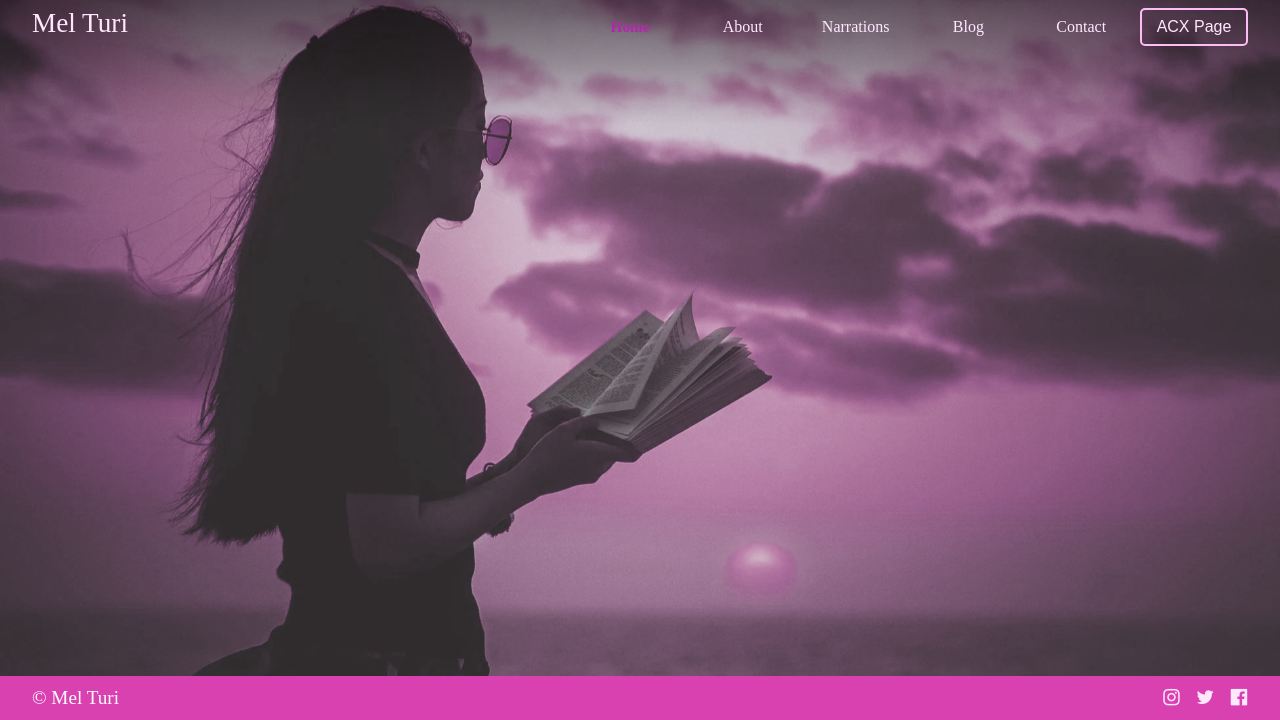
Repository: mel-turi/mel-turi-website
Page: /
The author's editor kept a copy of each file at every save. The page is drawn from the files as they stood at one save, then again after the next save.
The browser window is 1280 px wide. The pictures show the whole page.
Some web fonts or font styles are not loaded; a fallback is used. The project was rebuilt for these pictures with package versions that can differ from the ones it lists, and the page was loaded fresh each time. Also part of the build but not shown: src/About.js, src/Narrations.js, src/Blog.js, src/Contact.js.

Above is the page before, as saved 2019-08-24 18:55:29.

### public/index.html
<!DOCTYPE html>
<html lang="en">
  <head>
    <meta charset="utf-8" />
    <link rel="apple-touch-icon" sizes="57x57" href="/apple-icon-57x57.png" />
    <link rel="apple-touch-icon" sizes="60x60" href="/apple-icon-60x60.png" />
    <link rel="apple-touch-icon" sizes="72x72" href="/apple-icon-72x72.png" />
    <link rel="apple-touch-icon" sizes="76x76" href="/apple-icon-76x76.png" />
    <link
      rel="apple-touch-icon"
      sizes="114x114"
      href="/apple-icon-114x114.png"
    />
    <link
      rel="apple-touch-icon"
      sizes="120x120"
      href="/apple-icon-120x120.png"
    />
    <link
      rel="apple-touch-icon"
      sizes="144x144"
      href="/apple-icon-144x144.png"
    />
    <link
      rel="apple-touch-icon"
      sizes="152x152"
      href="/apple-icon-152x152.png"
    />
    <link
      rel="apple-touch-icon"
      sizes="180x180"
      href="/apple-icon-180x180.png"
    />
    <link
      rel="icon"
      type="image/png"
      sizes="192x192"
      href="/android-icon-192x192.png"
    />
    <link rel="icon" type="image/png" sizes="32x32" href="/favicon-32x32.png" />
    <link rel="icon" type="image/png" sizes="96x96" href="/favicon-96x96.png" />
    <link rel="icon" type="image/png" sizes="16x16" href="/favicon-16x16.png" />
    <link rel="manifest" href="/manifest.json" />
    <meta name="msapplication-TileColor" content="#ffffff" />
    <meta name="msapplication-TileImage" content="/ms-icon-144x144.png" />
    <meta name="theme-color" content="#ffffff" />
    <meta name="viewport" content="width=device-width, initial-scale=1" />
    <meta name="description" content="Portfolio website for Mel Turi" />
    <link
      href="https://fonts.googleapis.com/css?family=Sail&display=swap"
      rel="stylesheet"
    />
    <link
      href="https://stackpath.bootstrapcdn.com/font-awesome/4.7.0/css/font-awesome.min.css"
      rel="stylesheet"
      integrity="sha384-wvfXpqpZZVQGK6TAh5PVlGOfQNHSoD2xbE+QkPxCAFlNEevoEH3Sl0sibVcOQVnN"
      crossorigin="anonymous"
    />
    <link rel="apple-touch-icon" href="logo192.png" />

    <link rel="manifest" href="%PUBLIC_URL%/manifest.json" />

    <title>Mel Turi | Audible Narrator</title>
  </head>
  <body>
    <noscript>You need to enable JavaScript to run this app.</noscript>
    <div id="root"></div>
  </body>
</html>

### src/index.css
:root {
  --light-primary-color: #ffe8fe;
  --light-secondary-color: #fffdff;
  --dark-primary-color: #d941b1;
  --dark-secondary-color: #b524b0;
}

body {
  text-decoration: none;
  text-decoration-color: none;
  margin: 0;
  padding: 0;
  font-family: -apple-system, BlinkMacSystemFont, 'Segoe UI', 'Roboto', 'Oxygen',
    'Ubuntu', 'Cantarell', 'Fira Sans', 'Droid Sans', 'Helvetica Neue',
    sans-serif;
  -webkit-font-smoothing: antialiased;
  -moz-osx-font-smoothing: grayscale;
}

body a {
  text-decoration: none;
  color: var(--light-primary-color);
  transition: 0.6s;
}

a:hover,
.active {
  font-weight: bold;
  font-size: 95%;
}

.active {
  color: var(--dark-secondary-color);
}

code {
  font-family: source-code-pro, Menlo, Monaco, Consolas, 'Courier New',
    monospace;
}

.wrapper {
  background: url(./assets/bg-main-1.png) no-repeat center center fixed;
  background-size: cover;
  z-index: 2;
  display: grid;
  grid-template-rows: auto 1fr auto;
  align-items: space-between;
  min-height: 100vh;
  overflow: auto;
}

/*
*
* Header
*
*/

.nav-wrapper {
  color: var(--light-primary-color);
  font-family: 'Sail', cursive;
  height: 15vh;
  display: grid;
  grid-template-columns: 1fr 6fr;
  align-items: start;
  justify-content: space-between;
  margin: 0;
  padding: 0.5rem 0 0.5rem 0;
  background: linear-gradient(
    rgba(0, 0, 0, 0.45),
    rgba(0, 0, 0, 0.35),
    rgba(0, 0, 0, 0.25),
    rgba(0, 0, 0, 0.1),
    rgba(0, 0, 0, 0)
  );
}

.title {
  font-size: 1.7rem;
  padding-left: 2rem;
  justify-self: start;
}
.main-navigation {
  color: var(--light-primary-color);
  justify-self: end;
  padding-right: 2rem;
}
.main-navigation > ul {
  display: grid;
  grid-template-columns: 1fr 1fr 1fr 1fr 1fr 1fr;
  grid-column-gap: 0.3rem;
  justify-items: center;
  align-items: center;
  margin: 0;
  padding: 0;
  list-style-type: none;
}

.button {
  font-family: Arial, Helvetica, sans-serif;
  font-size: 1rem;
  border: 2px solid #fdbcf4;
  border-radius: 5px;
  padding: 0.5rem 0.75rem 0.5rem 0.75rem;
  width: 5rem;
}
/*
*
* Main
*
*/

.main-container {
  color: var(--light-primary-color);
  font-family: -apple-system, BlinkMacSystemFont, 'Segoe UI', Roboto, Oxygen,
    Ubuntu, Cantarell, 'Open Sans', 'Helvetica Neue', sans-serif;
  font-size: 1.2rem;
}

/*
*
* Footer
*
*/

footer {
  bottom: 0;
  width: 100%;
  position: absolute;
  color: var(--light-secondary-color);
  font-family: 'Sail', cursive;
  font-size: 1.2rem;
  height: 5vh;
  display: grid;
  grid-template-columns: 1fr 1fr;
  align-items: center;
  justify-content: space-between;
  margin: 0;
  padding-top: 0.25rem;
  padding-bottom: 0.25rem;
  background: var(--dark-primary-color);
}
.social-footer {
  justify-self: end;
  padding-right: 2rem;
}
.social-footer > ul {
  display: grid;
  grid-template-columns: 1fr 1fr 1fr;
  grid-column-gap: 1rem;
  margin: 0;
  padding: 0;
  list-style-type: none;
}

.copyright {
  justify-self: start;
  padding-left: 2rem;
}

### src/App.js
import React from 'react';
import Footer from './Footer';
import Header from './Header';
import Main from './Main';
import About from './About';
import Narrations from './Narrations';
import Blog from './Blog';
import Contact from './Contact';
import './App.css';
import { BrowserRouter as Router, Switch, Route } from 'react-router-dom';

const App = () => {
  return (
    <Router>
      <div className='App'>
        <div className='wrapper'>
          <Header />
          <Switch>
            <Route path='/' exact render={props => <Main {...props} />} />
            <Route path='/about' render={props => <About {...props} />} />
            <Route
              path='/narrations'
              render={props => <Narrations {...props} />}
            />
            <Route path='/blog' render={props => <Blog {...props} />} />
            <Route path='/contact' render={props => <Contact {...props} />} />
          </Switch>
          <Footer />
        </div>
      </div>
    </Router>
  );
};

export default App;

### src/Footer.js
import React, { Component } from 'react';

export class Footer extends Component {
  render() {
    return (
      <footer className='footer'>
        <div className='copyright'>&copy; Mel Turi</div>
        <div className='social-footer'>
          <ul>
            <li>
              <a
                target='_blank'
                rel='noopener noreferrer'
                href='https://www.instagram.com/mel.turi'
              >
                <i className='fa fa-instagram'></i>
              </a>
            </li>
            <li>
              <a
                target='_blank'
                rel='noopener noreferrer'
                href='https://www.twitter.com/turimel'
              >
                <i className='fa fa-twitter'></i>
              </a>
            </li>

            <li>
              <a
                target='_blank'
                rel='noopener noreferrer'
                href='https://www.facebook.com/mel.turi.96'
              >
                <i className='fa fa-facebook-official'></i>
              </a>
            </li>
          </ul>
        </div>
      </footer>
    );
  }
}

export default Footer;

### src/Header.js
import React, { Component } from 'react';
import { NavLink } from 'react-router-dom';

export class Header extends Component {
  render() {
    return (
      <nav className='nav-wrapper'>
        <div className='title'>Mel Turi</div>
        <div className='main-navigation'>
          <ul>
            <li>
              <NavLink
                to={{
                  pathname: '/',
                  state: { page: 'home' }
                }}
                exact={true}
              >
                Home
              </NavLink>
            </li>
            <li>
              <NavLink
                to={{
                  pathname: '/about',
                  state: { page: 'about' }
                }}
              >
                About
              </NavLink>
            </li>
            <li>
              <NavLink to='/narrations'>Narrations</NavLink>
            </li>
            <li>
              <NavLink to='/blog'>Blog</NavLink>
            </li>
            <li>
              <NavLink to='/contact'>Contact</NavLink>
            </li>
            <div className='button nav-button'>
              <li>
                <a
                  target='_blank'
                  rel='noopener noreferrer'
                  href='https://www.acx.com/narrator?p=AI0XTZMVU6YKG'
                >
                  ACX Page
                </a>
              </li>
            </div>
          </ul>
        </div>
      </nav>
    );
  }
}

export default Header;

### src/Main.js
import React from 'react';
import Content from './Content';

const item1 = {
  title: 'Big Title',
  content: 'Big Title Text',
  class: ''
};
const item2 = {
  title: '',
  content: '',
  class: ''
};
const item3 = {
  title: '',
  content: '',
  class: ''
};
const pageInfo = {
  class: '',
  secondary: ''
};

const Main = props => {
  return (
    <Content item1={item1} item2={item2} item3={item3} pageInfo={pageInfo} />
  );
};

export default Main;

### src/Content.js
import React, { useState, useEffect } from 'react';

const Content = props => {
  const [item1, setItem1] = useState({});
  const [item2, setItem2] = useState({});
  const [item3, setItem3] = useState({});
  const [pageInfo, setPageInfo] = useState({});

  useEffect(() => {
    setItem1({
      title: '',
      content: '',
      class: ''
    });
    setItem2({
      title: '',
      content: '',
      class: ''
    });
    setItem3({
      title: '',
      content: '',
      class: ''
    });
    setPageInfo({
      class: '',
      secondary: ''
    });
  }, []);

  return (
    <main className={pageInfo.class}>
      <div className={item1.class}>
        <h1>{item1.title}</h1>
        <p>{item1.content}</p>
      </div>
      <aside className={pageInfo.secondary}>
        <div className={item2.class}>
          <h1>{item2.title}</h1>
          <p>{item2.content}</p>
        </div>
        <div className={item3.class}>
          <h1>{item3.title}</h1>
          <p>{item3.content}</p>
        </div>
      </aside>
    </main>
  );
};

export default Content;

Loaded but not shown: src/index.js (common file); src/App.css (common file)

After the next save:
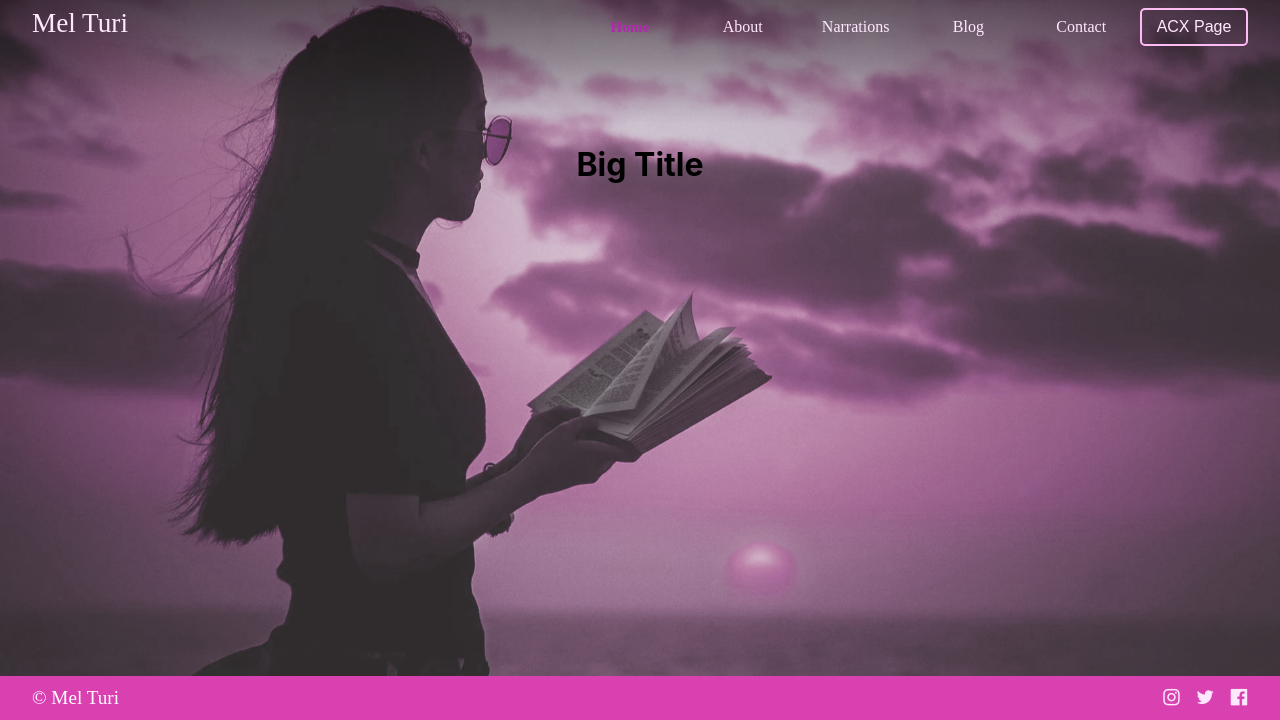
Saved 16 s later.
--- a/src/Content.js
+++ b/src/Content.js
@@ -8,7 +8,7 @@
 
   useEffect(() => {
     setItem1({
-      title: '',
+      title: props.item1.title,
       content: '',
       class: ''
     });

After the save that followed:
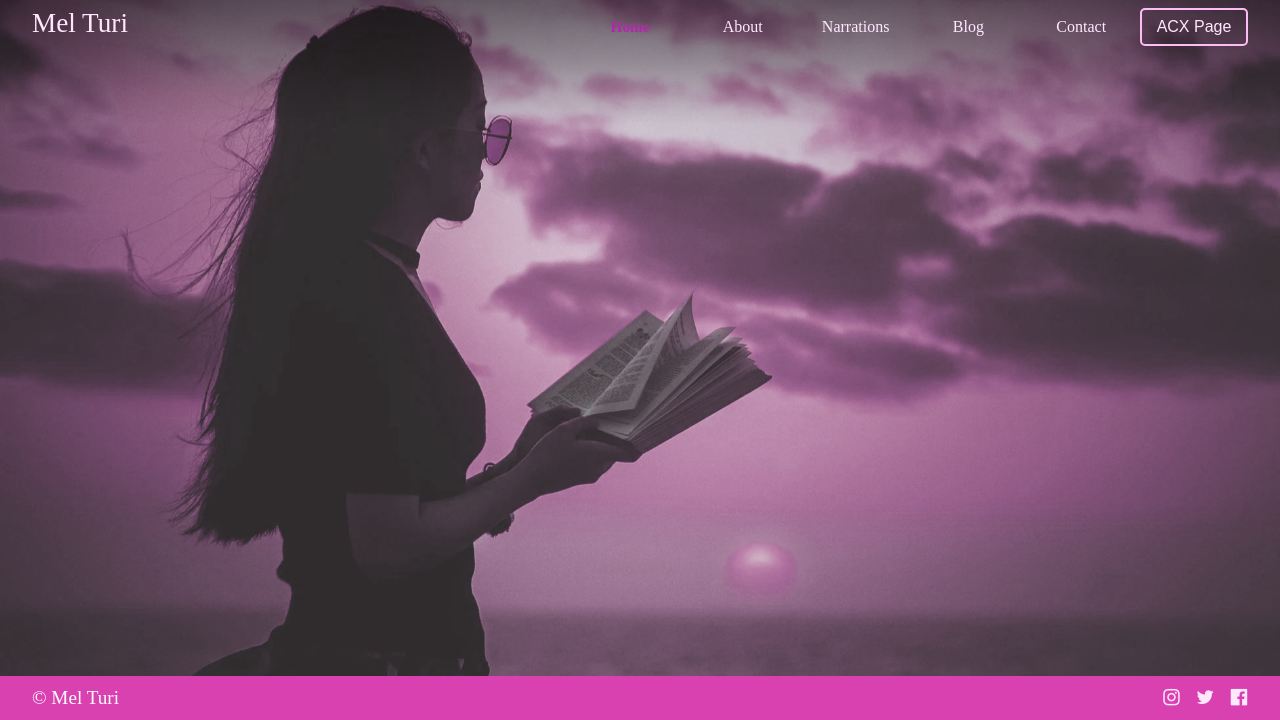
Saved 32 s later.
--- a/src/Content.js
+++ b/src/Content.js
@@ -6,9 +6,11 @@
   const [item3, setItem3] = useState({});
   const [pageInfo, setPageInfo] = useState({});
 
+  console.log(props);
+
   useEffect(() => {
     setItem1({
-      title: props.item1.title,
+      title: '',
       content: '',
       class: ''
     });
